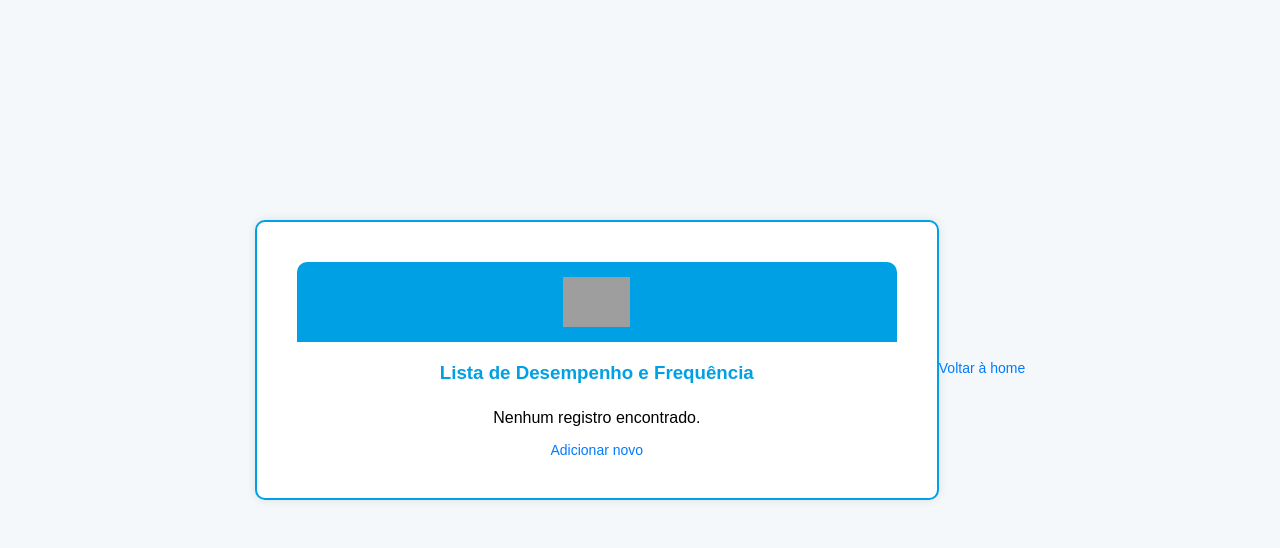
Repository: Guilherme-burle/Portal-do-Aluno-P2
Page: http://localhost/listDF/
These files come from the project's save history. The page is drawn as it stood at one moment and after a run of saves; the edit follows.
The browser window is 1280 px wide. The pictures show the whole page.
Pictures or frames that could not be fetched are drawn as grey boxes. The page is served by the project's application, run on Django 5.2 (PortaldoAluno/manage.py). A made-up administrator, testuser (Test User, test@example.com), is signed in. Queries for data that is not in the repository find no rows.

Above is the page before, as saved 2025-05-19 19:22:21.

After the next 2 saves:
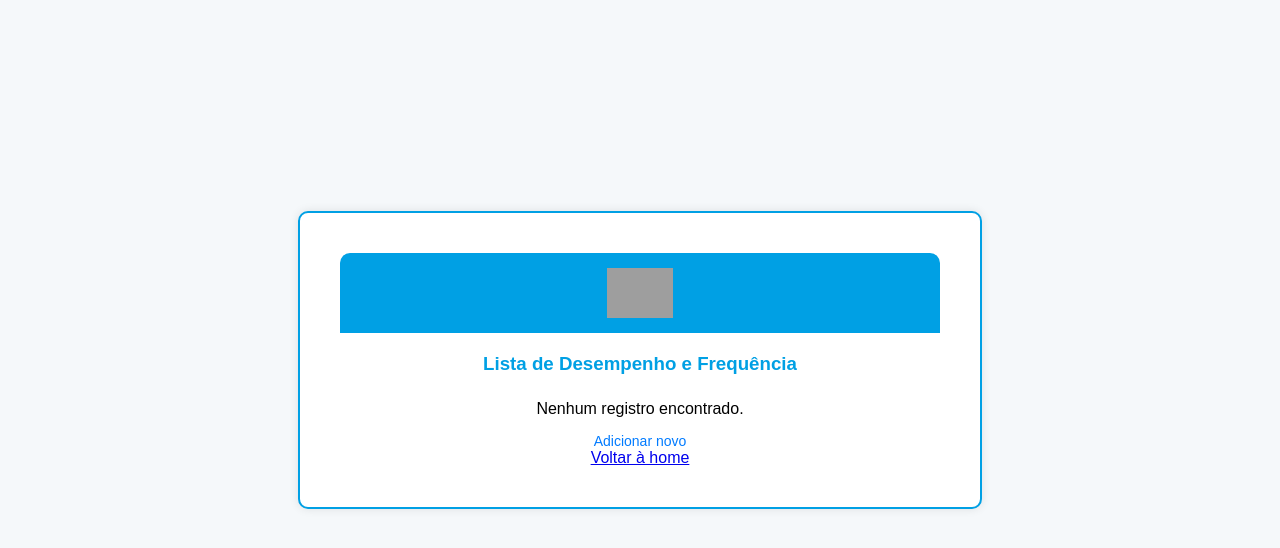
The 2 saves are shown as one change because they came seconds apart.
The last was saved 7 s later.
--- a/PortaldoAluno/Aplicativo/templates/listDF.html
+++ b/PortaldoAluno/Aplicativo/templates/listDF.html
@@ -119,10 +119,9 @@
 
     <div class="voltar">
       <a href="{% url 'addDF' %}">Adicionar novo</a></div>
+      <a href="{% url 'home' %}">Voltar à home</a>
   </div>
 
-    <div class="voltar">
-      <a href="{% url 'home' %}">Voltar à home</a>
     </div>
   </div>
 </body>
